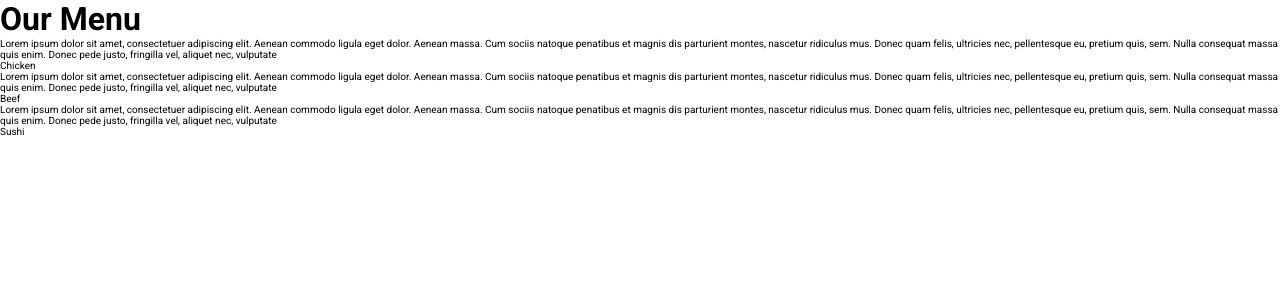
Repository: Normandy72/module2-solution
Page: index.html
These files come from the project's save history. The page is drawn as it stood at one moment and after the next save; the edit follows.
The browser window is 1280 px wide. The pictures show the whole page.

Above is the page before, as saved 2022-12-05 14:41:22.

After the next save:
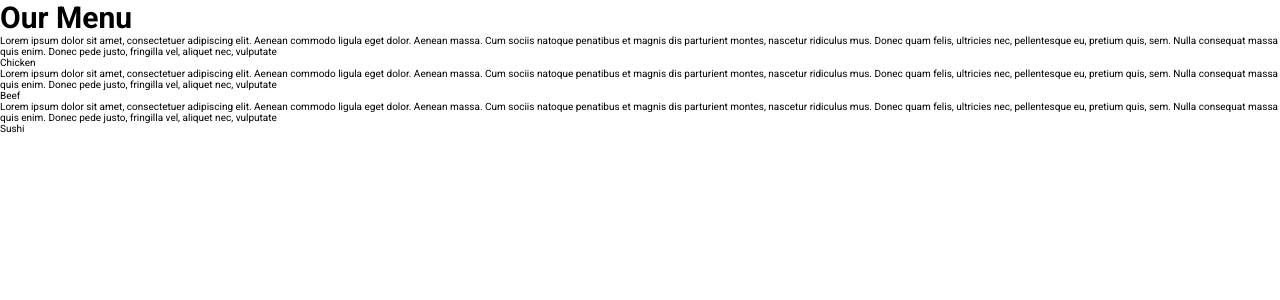
Saved 113 s later.
--- a/styles/style.css
+++ b/styles/style.css
@@ -8,5 +8,5 @@
 }
 
 h1{
-    font-size: 3.2rem;
+    font-size: 3em;
 }
